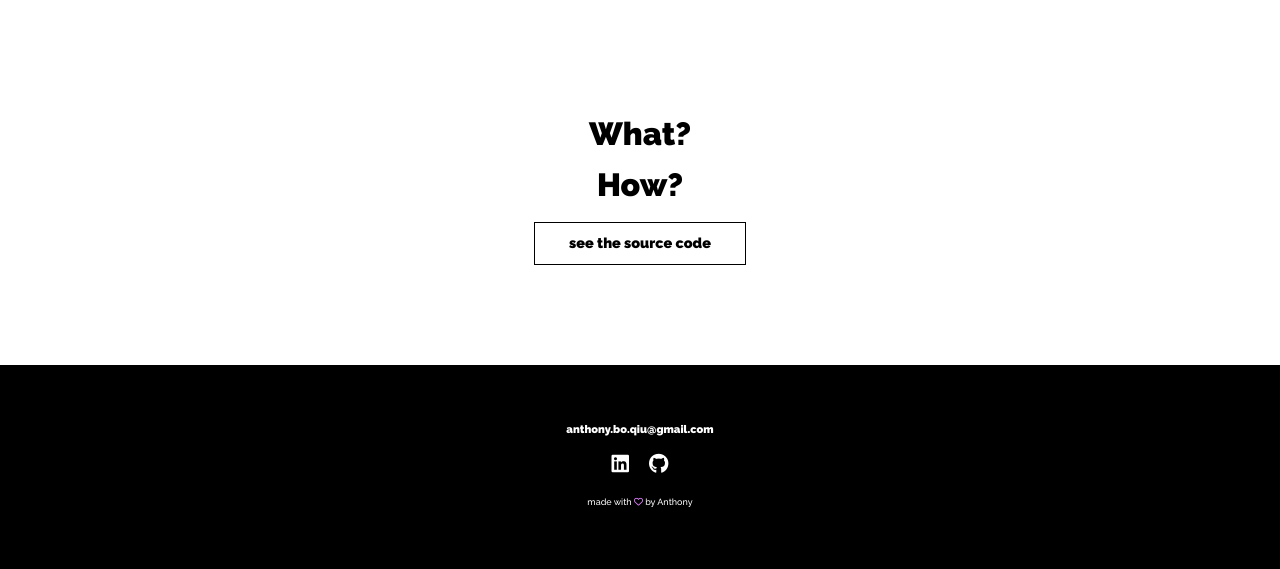
Repository: 7UM1N/anthonyq.github.io
Page: codebreaker.html
An editor plug-in stored every save of this project. The page is shown before and after the next save, followed by the edit.
The browser window is 1280 px wide. The pictures show the part of the page from y = 720 to 1439 px (the page is 1289 px tall before and 1439 px after).

Above is the page before, as saved 2023-01-10 19:16:32.

### codebreaker.html
<!DOCTYPE html>
<html lang="en">
    <head>
        <meta charset="UTF-8">
        <meta name="viewport" content="width=device-width, initial-scale=1.0">
        <title>Anthony Qiu</title>
        <link rel="stylesheet" href="https://cdnjs.cloudflare.com/ajax/libs/normalize/8.0.1/normalize.min.css" integrity="sha512-NhSC1YmyruXifcj/KFRWoC561YpHpc5Jtzgvbuzx5VozKpWvQ+4nXhPdFgmx8xqexRcpAglTj9sIBWINXa8x5w==" crossorigin="anonymous" referrerpolicy="no-referrer" />
        <link rel="stylesheet" href="https://cdnjs.cloudflare.com/ajax/libs/font-awesome/6.2.1/css/all.min.css" integrity="sha512-MV7K8+y+gLIBoVD59lQIYicR65iaqukzvf/nwasF0nqhPay5w/9lJmVM2hMDcnK1OnMGCdVK+iQrJ7lzPJQd1w==" crossorigin="anonymous" referrerpolicy="no-referrer" />
        <link rel="stylesheet" href="css/style.css">
        <link rel="preconnect" href="https://fonts.googleapis.com">
        <link rel="preconnect" href="https://fonts.gstatic.com" crossorigin>
        <link href="https://fonts.googleapis.com/css2?family=Raleway:ital,wght@0,100;0,200;0,300;0,400;0,500;0,600;0,700;0,800;0,900;1,100;1,200;1,300;1,400;1,500;1,600;1,700;1,800;1,900&display=swap" rel="stylesheet">
    </head>
    <body>

        <!-- header -->
        <section class="sub-header sub-header-launcho">
            <nav>
                <a class="logo" href="index.html">
                    <strong>ANTHONY</strong> QIU
                </a>
                <div class="nav-links" id="navLinks">
                    <ul>
                        <i class="fa-solid fa-xmark" onclick="hideMenu()"></i>
                        <li><a href="index.html" >HOME</a></li>
                        <li><a href="index.html#projects">PROJECTS</a></li>
                        <li><a href="contact.html">CONTACT</a></li>
                    </ul>
                </div>
                <i class="fa-solid fa-bars" onclick="showMenu()"></i>
            </nav>
            <div class="text-box">
                <h1>Launcho</h1>
                <p>
                    spring powered toy rocket
                </p>
            </div>
            <div class="scroll">
                <p>S C R O L L<br><i class="fa-solid fa-sort-down"></i></p>
            </div>
        </section>

        <!-- content -->
        <section class="portfolio-item-section">
            <h2>What?</h2>

            <h2>How?</h2>
            <a href="https://github.com/anthonyqiu/codebreaker" download class="hero-btn inverse-btn"><strong>see the source code</strong></a>
        </section>

        <!-- footer -->
        <footer class="footer">
            <a href="mailto:anthony.bo.qiu@gmail.com" class="email">anthony.bo.qiu@gmail.com</a>
            <ul class="socials">
                <li class="socials-item">
                    <a class="social-item-link" href="https://www.linkedin.com/in/anthonyboqiu">
                        <i class="fa-brands fa-linkedin"></i>
                    </a>
                </li>
                <li class="socials-item">
                    <a class="social-item-link" href="https://github.com/anthonyqiu">
                        <i class="fa-brands fa-github"></i>
                    </a>
                </li>
            </ul>
            <P class="love">made with <i class="fa-regular fa-heart"></i> by Anthony</p>
        </footer>

        <!-- javascript-->
        <script src="js/index.js"></script>
    </body>
</html>

### css/style.css
/*custom properties*/
:root {
    --ff-primary: 'Raleway', sans-serif;
    --ff-secondary: 'Raleway', sans-serif;

    --fw-reg: 500;
    --fw-bold: 850;

    --clr-light: #fff;
    --clr-dark: #000000;
    --clr-accent: #e281ff;

    --fs-h1: 3rem;
    --fs-h2: 2rem;
    --fs-h3: 1.25rem;
    --fs-h4: 1.05rem;
    --fs-body: 0.9rem;

    --bs: 0.25em 0.25em 0.75em rgba(0, 0, 0, .25), 0.125em 0.125em 0.25em rgba(0, 0, 0, .15);
}

* {
    margin: 0;
    padding: 0;
    font-family: var(--ff-primary);
}

/* typography */
h1,
h2,
h3 {
    line-height: 1.1;
}

h1, h2, h3, h4 {
    font-weight: var(--fw-bold);
}

h1 {font-size: var(--fs-h1)}
h2 {font-size: var(--fs-h2)}
h3 {
    font-size: var(--fs-h3);
    font-weight: 800;
}
h4 {
    font-size: var(--fs-h4);
}

p {
    font-size: var(--fs-body);
    font-weight: var(--fw-reg);
    line-height: 150%;
    padding: 10px;
}

a:link {
    text-decoration: none;
}

a:visited {
    text-decoration: none;
}

a:hover {
    text-decoration: none;
}

a:active {
    text-decoration: none;
}

strong {font-weight: var(--fw-bold);}

/*header*/
header {
    min-height: 100vh;
    width: 100%;
    background-image: linear-gradient(rgba(4, 9, 30, 0.7), rgba(4, 9, 30, 0.7)), url(../img/blueprint.jpeg);
    background-position: center;
    background-size: cover;
    position: relative;
}

header img {
    max-width: 20vh;
    border-radius: 7%;
}

nav {
    display: flex;
    padding: 2% 6%;
    justify-content: space-between;
    align-items: center;
}

.logo {
    color: var(--clr-light);
    text-decoration: none;
    font-size: var(--fs-h2);
}

.nav-links {
    flex: 1;
    text-align: right;
}

.nav-links ul li {
    list-style: none;
    display: inline-block;
    padding: 8px 12px;
    position: relative;
}

.nav-links ul li a {
    color: var(--clr-light);
    text-decoration: none;
    font-size: var(--fs-body);
}

.nav-links ul li::after {
    content: '';
    width: 0%;
    height: 2px;
    background: var(--clr-light);
    display: block;
    margin: auto;
    transition: 0.5s;
}

.nav-links ul li:hover::after {
    width: 100%;
}

.text-box {
    width: 50%;
    color: var(--clr-light);
    position: absolute;
    top: 50%;
    left: 50%;
    transform: translate(-50%, -50%);
    text-align: center;
}

.text-box p {
    margin: 10px 0 40px;
    color: var(--clr-light);
}

.hero-btn {
    color: var(--clr-light);
    border: 1px solid var(--clr-light);
    display: inline-block;
    text-decoration: none;
    padding: 12px 34px;
    font-size: var(--fs-body);
    background: transparent;
    position: relative;
    cursor: pointer;
    margin-top: 20px;;
}

.hero-btn:hover {
    background: var(--clr-light);
    color: var(--clr-dark);
    transition: 1s;
}

.inverse-btn {
    color: var(--clr-dark);
    border: 1px solid var(--clr-dark);
}

.inverse-btn:hover {
    color: var(--clr-light);
    background: var(--clr-dark);
}

nav .fa-solid {
    display: none;
}

.scroll {
    color: var(--clr-light);
    text-align: center;
    position: absolute;
    top: 96%;
    left: 50%;
    transform: translate(-50%, -50%);
}

/*projects*/

.projects {
    width: 80%;
    margin: auto;
    text-align: center;
    padding-top: 100px;
    padding-bottom: 100px;
}

.projects p {
    color: var(--clr-dark);
}

.projects img {
    width: 12rem;
    height: 18rem;
    border-radius: 10px;
}

.portfolio {
    display: flex;
    flex-wrap: wrap;
    gap: 1.5rem;

    margin: auto;
    align-items: center;
    justify-content: center;
    margin-top: 3rem;
}

.portfolio-item {
    background-position: center;
    background-size: cover;
    position: relative;

    color: var(--clr-light);
    width: 350px;
    height: 500px;
    flex-shrink: 0;
    border-radius: 10px;
    box-sizing: border-box;
    transition: 0.5s;

    display: flex;
    justify-content: center;
    align-items: center;
    flex-direction: column;
}

.portfolio-item h3 {
    color: var(--clr-light);
    width: 150px;
    height: 150px;
    border-style: solid;
    border-width: 0.3rem;
    border-color: var(--clr-light);
    border-radius: 50%;

    position: relative;
    display: flex;
    justify-content: center;
    align-items: center;
    margin: auto;
}

.portfolio-item p {
    color: var(--clr-light);

    display: flex;
    justify-content: center;
    align-items: center;
    margin: auto;
    opacity: 0%;
    transition: 1s;
}

.nerfv2 {
    background-image: linear-gradient(rgba(4, 9, 30, 0.5), rgba(4, 9, 30, 0.5)), url(../img/coming-soon.webp);
}

.launcho {
    background-image: linear-gradient(rgba(4, 9, 30, 0.5), rgba(4, 9, 30, 0.5)), url(../img/launcho/launcho-card.jpg);
}

.codebreaker {
    background-image: linear-gradient(rgba(4, 9, 30, 0.5), rgba(4, 9, 30, 0.5)), url(../img/codebreaker/codebreaker-card.jpg);
}

.saitama {
    background-image: linear-gradient(rgba(4, 9, 30, 0.5), rgba(4, 9, 30, 0.5)), url(../img/saitama/saitama-banner.webp);
}

.this-website {
    background-image: linear-gradient(rgba(4, 9, 30, 0.5), rgba(4, 9, 30, 0.5)), url(../img/this-website/this-website-card.jpeg);
}

.portfolio-item h3 {
    vertical-align: middle;
}

.portfolio-item:hover {
    box-shadow: 0 0 20px 0px rgba(0, 0, 0, 0.80);
    filter: brightness(90%);
}

.portfolio-item:hover p {
    opacity: 100%;
}

.portfolio-item-text {
    position: absolute;
    top: 0;
}

/* footer */
.footer {
    background: var(--clr-dark);
    color: var(--clr-light);
    text-align: center;
    padding: 2.5em 0;
    font-size: var(--fs-h3);
    font-family: var(--ff-secondary);
}

.footer a {
    color: inherit;
    text-decoration: none;
}

.email {
    font-weight: var(--fw-bold);
    font-size: 11px;
}

.email:hover,
.social-item-link:hover {
    transform: scale(2);
    opacity: .5;
}

.email,
.social-item-link {
    transition:
        transform 750ms cubic-bezier(.5, 0, .5, 1),
        opacity 250ms linear;
}

.socials {
    list-style: none;
    display: flex;
    justify-content: center;
    margin: 0.25em 0 0;
    padding: 0;
}

.socials-item {
    margin: - .5em;
}

.socials-item {
    padding: .5em;
}

.love {
    font-size: 9px;
}

.fa-heart {
    color: var(--clr-accent);
}

/* sub header */
.sub-header {
    height: 100vh;
    width: 100%;
    background-image: linear-gradient(rgba(4, 9, 30, 0.7), rgba(4, 9, 30, 0.7)), url(../img/launcho/launcho-card.jpg);
    background-position: center;
    background-size: cover;
    text-align: center;
    margin: auto;
    position: relative;
}
.sub-header-contact {background-image: linear-gradient(rgba(4, 9, 30, 0.7), rgba(4, 9, 30, 0.7)), url(../img/blueprint.jpeg);}
.sub-header-nerfv2 {background-image: linear-gradient(rgba(4, 9, 30, 0.7), rgba(4, 9, 30, 0.7)), url(../img/blueprint.jpeg);}
.sub-header-launcho {background-image: linear-gradient(rgba(4, 9, 30, 0.7), rgba(4, 9, 30, 0.7)), url(../img/launcho/launcho-card.jpg);}
.sub-header-saitama {background-image: linear-gradient(rgba(4, 9, 30, 0.7), rgba(4, 9, 30, 0.7)), url(../img/saitama/saitama-banner.webp);}

.sub-header .text-box {
    border-style: solid;
    border-width: 0.25rem;
    border-color: var(--clr-light);
}

.portfolio-item-section {
    text-align: center;
    padding-top: 100px;
    padding-bottom: 100px;
    width: 40%;

    position: relative;
    display: flex;
    justify-content: center;
    align-items: center;
    margin: auto;
    flex-direction: column;
}

.portfolio-item-section p {
    color: var(--clr-dark);
}

.portfolio-item-section img {
    max-width: 90%;
    max-height: 50vh;
    padding: 2rem;
}

.portfolio-item-section h2,
.portfolio-item-section h3 {
    margin-top: 1rem;
}

.contact {
    padding: 50px;
    width: 40%;
    margin: auto;
    text-align: center;
}

.contact input,
.contact textarea {
    width: 100%;
    padding: 15px;
    margin-bottom: 17px;
    outline: none;
    border: 1px solid var(--clr-dark);
    box-sizing: border-box;
}

/*smaller screens*/
@media(max-width: 800px) {
    .nav-links ul li {
        display: block;
    }

    .nav-links {
        position: fixed;
        background: var(--clr-dark);
        height: 100vh;
        width: 200px;
        top: 0;
        right: -200px;
        text-align: left;
        z-index: 2;
        transition: 1s;
    }

    nav .fa-solid {
        display: block;
        color: var(--clr-light);
        margin: 10px;
        font-size: var(--fs-h3);
        cursor: pointer;
    }

    .text-box {
        width: 90%;
    }

    header img {
        max-width: 10vh;
        border-radius: 3%;
    }

    .portfolio-item-section {
        width: 90%;
    }

    .contact {
        width: 70%;
    }
}

### js/index.js
//toggle menu
var navLinks = document.getElementById("navLinks");

function showMenu(){
    navLinks.style.right = "0";
}

function hideMenu(){
    navLinks.style.right = "-200px";
}

After the next save:
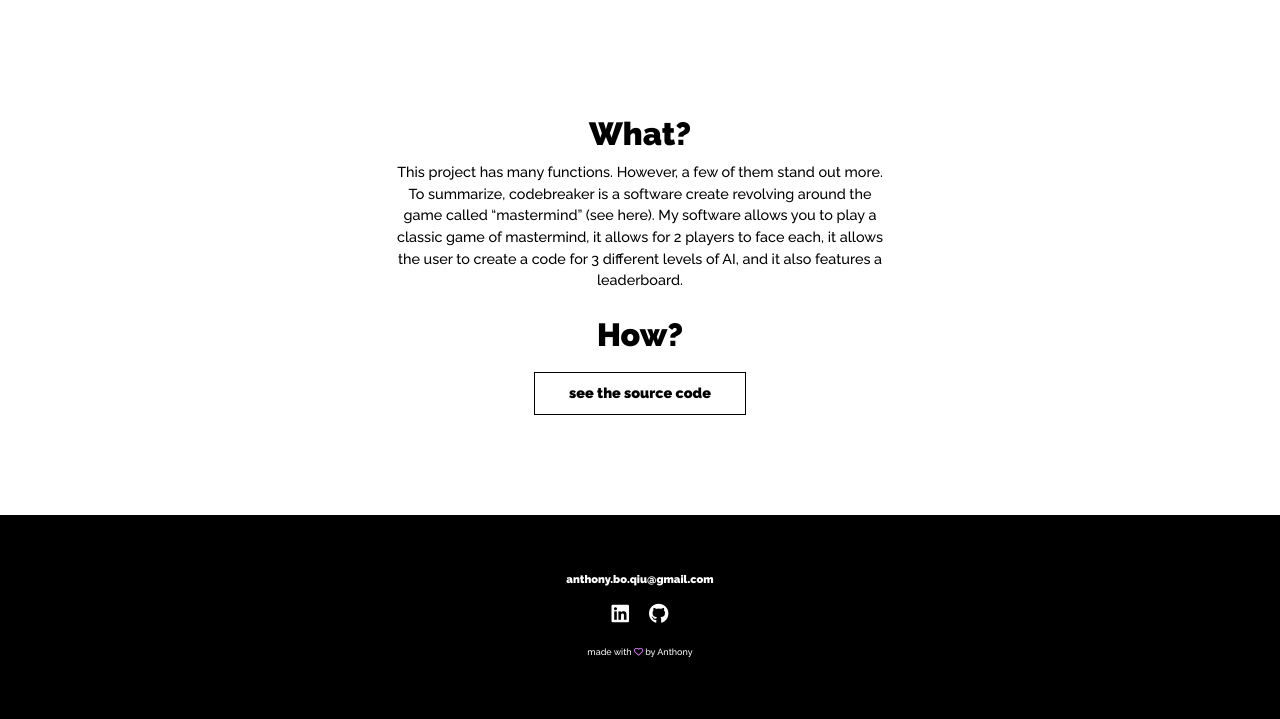
Saved 69 s later.
--- a/codebreaker.html
+++ b/codebreaker.html
@@ -43,7 +43,9 @@
         <!-- content -->
         <section class="portfolio-item-section">
             <h2>What?</h2>
-
+            <p>
+                This project has many functions. However, a few of them stand out more. To summarize, codebreaker is a software create revolving around the game called “mastermind” (see here). My software allows you to play a classic game of mastermind, it allows for 2 players to face each, it allows the user to create a code for 3 different levels of AI, and it also features a leaderboard.
+            </p>
             <h2>How?</h2>
             <a href="https://github.com/anthonyqiu/codebreaker" download class="hero-btn inverse-btn"><strong>see the source code</strong></a>
         </section>
